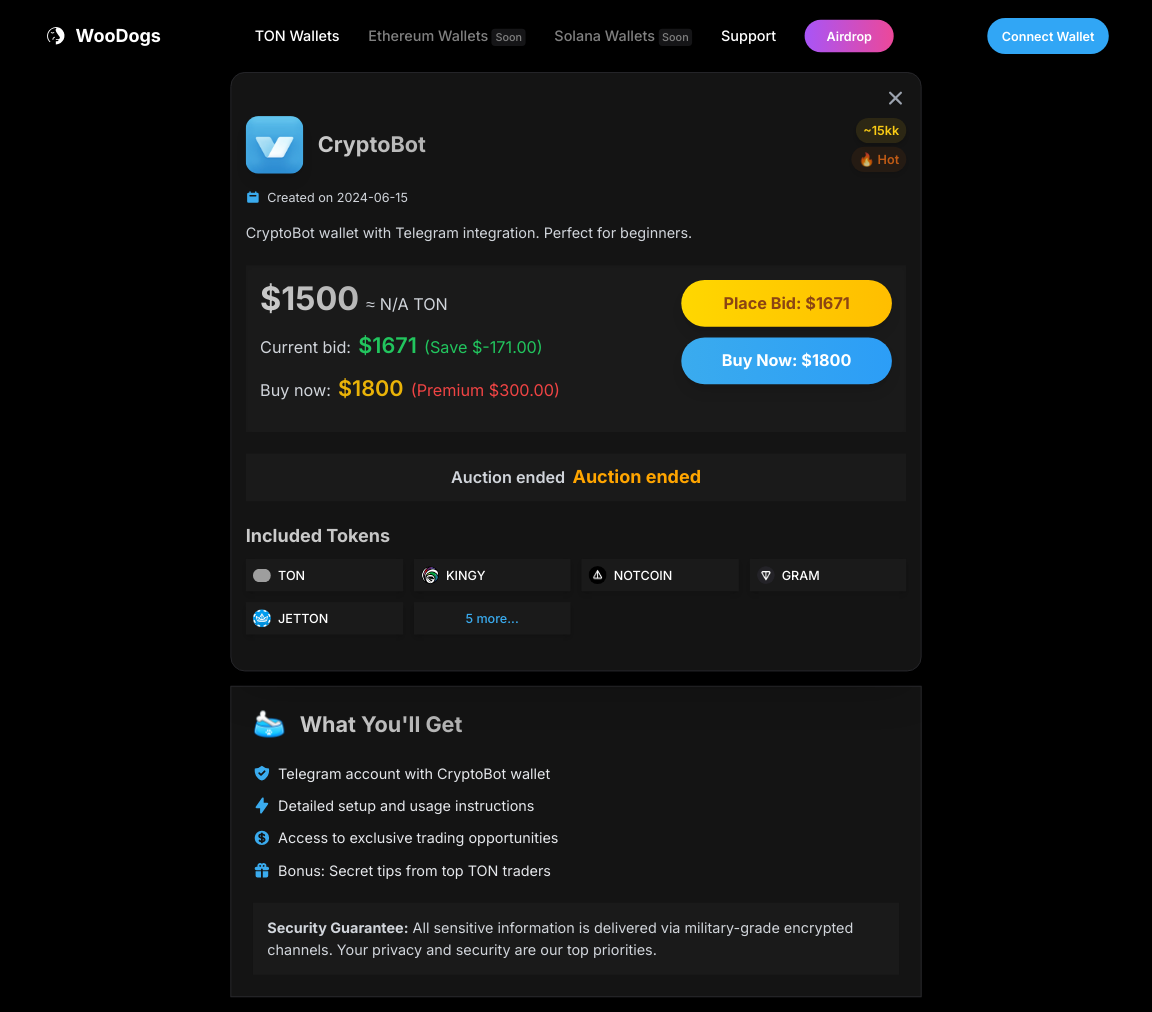
Repository: itititi/woofdogs_off
Page: /wallet/cryptobot-1
An editor plug-in stored every save of this project. The page is shown before and after the next save, followed by the edit.
The browser window is 1280 px wide. The pictures show the whole page, at 90% of full size.
Pictures or frames that could not be fetched are drawn as grey boxes. The page's requests for data from a server got no answer. The project was rebuilt for these pictures with package versions that can differ from the ones it lists, and the page was loaded fresh each time. The framework's server and built-in components were replaced by stand-ins that run in the browser. No one was signed in, and anything a server would have sent is missing. Also part of the build but not shown: next.config.mjs.

Above is the page before, as saved 2024-10-25 23:00:18.

After the next save:
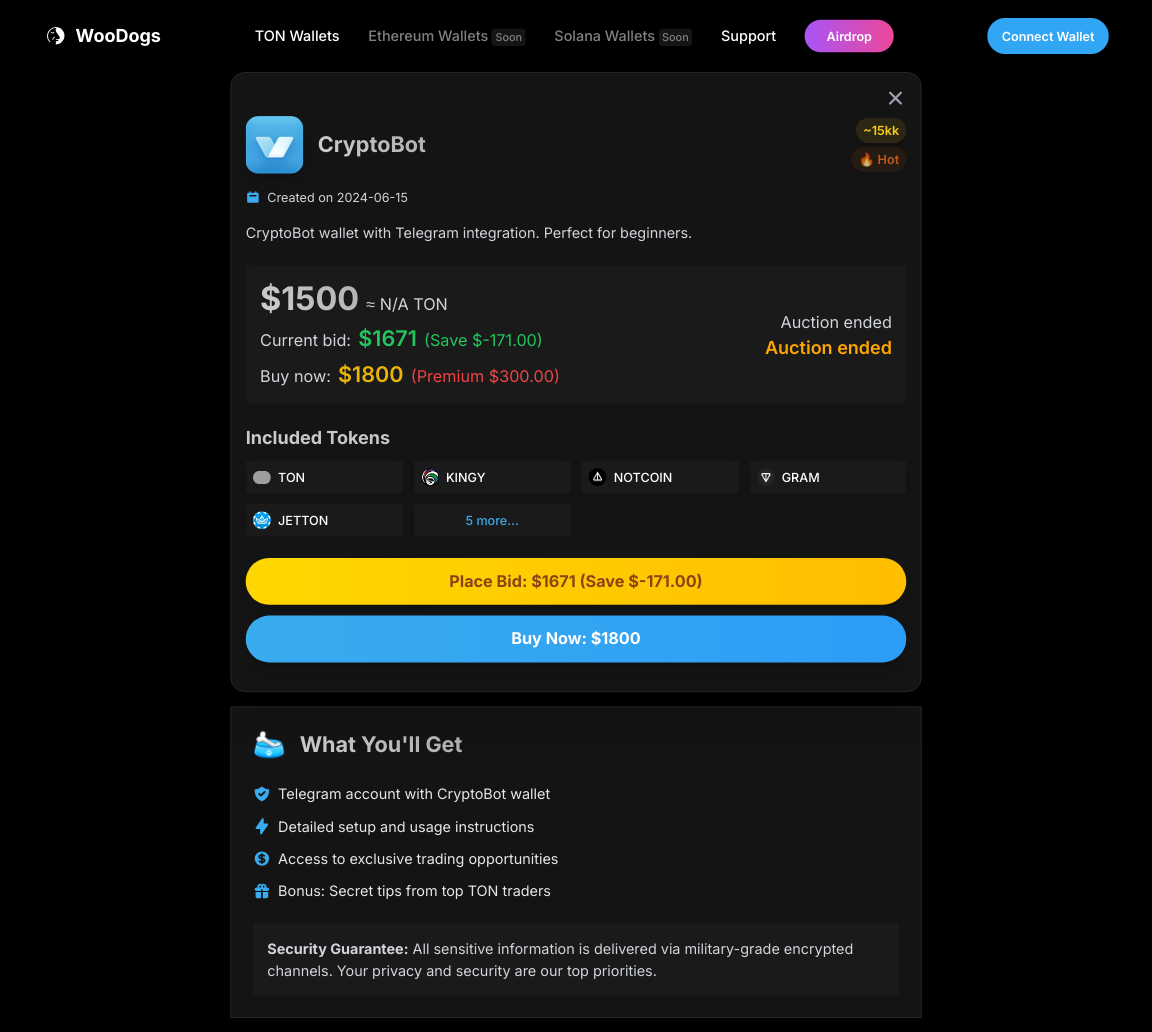
Saved 4 s later.
--- a/src/app/wallet/[id]/page.tsx
+++ b/src/app/wallet/[id]/page.tsx
@@ -182,15 +182,15 @@
 
             <p className="text-gray-300 text-base mb-6 leading-relaxed">{wallet.description}</p>
 
-            <div className="flex flex-col sm:flex-row sm:justify-between sm:items-start mb-6 bg-[#1A1A1A] p-4 rounded-lg shadow-inner">
-              <div className="w-full sm:w-2/3">
-                <div className="mb-4">
+            <div className="flex flex-col sm:flex-row sm:justify-between sm:items-center mb-6 bg-[#1A1A1A] p-4 rounded-lg shadow-inner">
+              <div className="mb-2 sm:mb-0">
+                <div className="mb-2">
                   <span className="text-2xl sm:text-3xl md:text-4xl font-bold titanium-gradient">${wallet.priceUSD}</span>
                   <span className="text-sm sm:text-base md:text-lg text-gray-300 ml-2">
                     ≈ {tonAmount} TON
                   </span>
                 </div>
-                <div className="mb-4">
+                <div className="mb-2">
                   <span className="text-sm sm:text-base md:text-lg text-gray-300">Current bid:</span>
                   <span className="text-lg sm:text-xl md:text-2xl font-semibold text-green-500 ml-2">${bidPrice ?? 'N/A'}</span>
                   {bidPrice !== null && (
@@ -199,7 +199,7 @@
                     </span>
                   )}
                 </div>
-                <div className="mb-4">
+                <div>
                   <span className="text-sm sm:text-base md:text-lg text-gray-300">Buy now:</span>
                   <span className="text-lg sm:text-xl md:text-2xl font-semibold text-yellow-500 ml-2">${blitzPrice ?? 'N/A'}</span>
                   {blitzPrice !== null && (
@@ -209,28 +209,14 @@
                   )}
                 </div>
               </div>
-              <div className="w-full sm:w-1/3 flex flex-col items-start sm:items-end mt-4 sm:mt-0">
-                <div className="flex flex-col items-center sm:items-end w-full">
-                  <button
-                    className="w-full bg-gradient-to-r from-[#FFD700] to-[#FFA500] text-[#8B4513] text-lg font-bold py-3 px-6 rounded-full hover:brightness-110 transition-all duration-300 shadow-lg hover:shadow-xl mb-3"
-                  >
-                    Place Bid: ${bidPrice ?? 'N/A'}
-                  </button>
-                  <button
-                    className="w-full bg-gradient-to-r from-[#3AABEE] to-[#1E90FF] text-white text-lg font-bold py-3 px-6 rounded-full hover:brightness-110 transition-all duration-300 shadow-lg hover:shadow-xl"
-                  >
-                    Buy Now: ${blitzPrice ?? 'N/A'}
-                  </button>
-                </div>
-              </div>
-            </div>
-            <div className="text-center bg-[#1A1A1A] p-3 rounded-lg mb-6">
-              <span className="text-gray-300 text-sm sm:text-base md:text-lg font-semibold">
-                {isAuctionEnded ? 'Auction ended' : 'Auction ends in:'}
-              </span>
-              <span className="font-bold text-base sm:text-lg md:text-xl text-[#FFA500] ml-2">
-                {timeLeft}
-              </span>
+              <div className="flex flex-col items-start sm:items-end mt-4 sm:mt-0">
+                <span className="text-gray-300 text-sm sm:text-base md:text-lg">
+                  {isAuctionEnded ? 'Auction ended' : 'Auction ends in:'}
+                </span>
+                <span className="font-semibold text-base sm:text-lg md:text-xl text-[#FFA500]">
+                  {timeLeft}
+                </span>
+              </div>
             </div>
 
             {/* Tokens list */}
@@ -255,6 +241,19 @@
                   </span>
                 </div>
               </div>
+            </div>
+
+            <div className="flex flex-col gap-3 mb-4">
+              <button
+                className="w-full bg-gradient-to-r from-[#FFD700] to-[#FFA500] text-[#8B4513] text-lg font-bold py-3 px-6 rounded-full hover:brightness-110 transition-all duration-300 shadow-lg hover:shadow-xl"
+              >
+                Place Bid: ${bidPrice ?? 'N/A'} {bidPrice !== null && `(Save $${(wallet.priceUSD - bidPrice).toFixed(2)})`}
+              </button>
+              <button
+                className="w-full bg-gradient-to-r from-[#3AABEE] to-[#1E90FF] text-white text-lg font-bold py-3 px-6 rounded-full hover:brightness-110 transition-all duration-300 shadow-lg hover:shadow-xl"
+              >
+                Buy Now: ${blitzPrice ?? 'N/A'}
+              </button>
             </div>
           </div>
 
